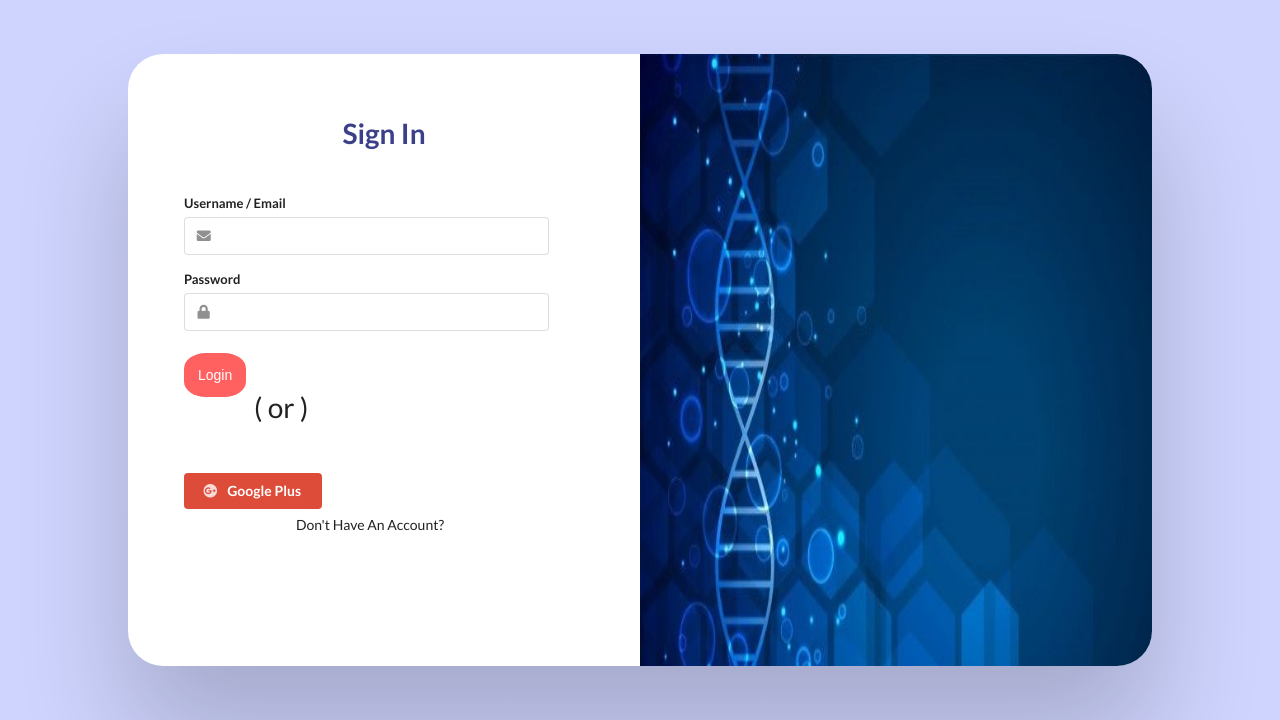
Repository: ajayaj2001/healthcare-digitization
Page: /
These files come from the project's save history. The page is drawn as it stood at one moment and after the next save; the edit follows.
The browser window is 1280 px wide. The pictures show the whole page.
The project was rebuilt for these pictures with package versions that can differ from the ones it lists, and the page was loaded fresh each time. Also part of the build but not shown: src/component/userType/UserType.scss, src/component/userType/UserType.js.

Above is the page before, as saved 2021-03-12 21:27:48.

### public/index.html
<!DOCTYPE html>
<html lang="en">

<head>
  <meta charset="utf-8" />
  <meta name="viewport" content="width=device-width, initial-scale=1" />
  <meta name="theme-color" content="#000000" />
  <meta name="description" content="Web site created using create-react-app" />
  <link rel="stylesheet" href="https://fonts.googleapis.com/css?family=Roboto:300,400,500,700&display=swap" />
  <link rel="stylesheet" href="https://fonts.googleapis.com/icon?family=Material+Icons" />

  <!--
      manifest.json provides metadata used when your web app is installed on a
      user's mobile device or desktop. See https://developers.google.com/web/fundamentals/web-app-manifest/
    -->
  <!-- <link rel="manifest" href="%PUBLIC_URL%/manifest.json" /> -->
  <!--
      Notice the use of %PUBLIC_URL% in the tags above.
      It will be replaced with the URL of the `public` folder during the build.
      Only files inside the `public` folder can be referenced from the HTML.

      Unlike "/favicon.ico" or "favicon.ico", "%PUBLIC_URL%/favicon.ico" will
      work correctly both with client-side routing and a non-root public URL.
      Learn how to configure a non-root public URL by running `npm run build`.
    -->
  <title>medical</title>
</head>

<body>
  <noscript>You need to enable JavaScript to run this app.</noscript>
  <div id="root"></div>
  <!--
      This HTML file is a template.
      If you open it directly in the browser, you will see an empty page.

      You can add webfonts, meta tags, or analytics to this file.
      The build step will place the bundled scripts into the <body> tag.

      To begin the development, run `npm start` or `yarn start`.
      To create a production bundle, use `npm run build` or `yarn build`.
    -->
</body>

</html>

### src/index.js
import React from 'react';
import ReactDOM from 'react-dom';
import './index.scss';
import App from './component/app/App';
import 'semantic-ui-css/semantic.min.css'


ReactDOM.render(
  <React.StrictMode>
    <App />
  </React.StrictMode>,
  document.getElementById('root')
);

### src/index.scss
code {
  font-family: source-code-pro, Menlo, Monaco, Consolas, "Courier New", monospace;
}
@mixin respond($breakpoint) {
  @if $breakpoint == phone {
    @media (max-width: 37.5em) {
      @content;
    }
  }

  @if $breakpoint == tab-land {
    @media (max-width: 75em) {
      @content;
    }
  }
  @if $breakpoint == tab-port {
    @media (max-width: 56.25em) {
      @content;
    }
  }
  @if $breakpoint == big-desktop {
    @media (min-width: 112.5em) {
      @content;
    }
  }
}

*,
*::after,
*::before {
  margin: 0;
  padding: 0;
  box-sizing: inherit;
}
body {
  font-family: "Lato", sans-serif;
  font-weight: 400;
  font-size: 16px;
  line-height: 1.7;
  color: #777;
  //padding: 30px;
  box-sizing: border-box;
  @include respond(tab-port) {
    padding: 0;
  }
}

html {
  font-size: 62.5%; //1rem=10px 10px/16px=62.5%
  @include respond(tab-land) {
    //width <1200
    font-size: 56.25%; //1rem=9px
  }
  @include respond(tab-port) {
    //<width <900
    font-size: 50%; //1rem=8px
  }
  // @include respond(phone) {
  //     //<width<600
  //     font-size: 40%; //1rem=4.8px
  // }
  @include respond(big-desktop) {
    //>1200
    font-size: 75%; //1rem=12
  }
}

### src/component/app/App.js
import './App.scss';

import UserType from "../userType/UserType";
import Login from '../login/Login';

function App() {
  return (
    <div className="App">
      {/* <UserType /> */}
      <Login/>
    </div>
  );
}

export default App;

### src/component/login/Login.js
import React from 'react'
import sideGif from '../../img/img-1.jpg'
import './Login.scss'
import LoginForm from './loginForm/LoginForm'


const Login = () => {
    return (
        <div className="loginContainer">
            <div className="login">
                <div className="login__signin">
                    <h2 className="login__signin--heading">Sign In</h2>
                    <div className="login__signin--form"><LoginForm /></div>
                </div>

                <img src={sideGif} alt="rocket" className="login__image" />
            </div>
        </div>
    )
}

export default Login

### src/component/login/Login.scss
.loginContainer {
    margin: 0;
    background-color: #cfd4fe;
    height: 100vh;
    display: flex;
    justify-content: center;
    align-items: center;
}
.login {
    background-color: white;
    width: 80%;
    height: 85%;
    display: grid;
    grid-template-columns: 50% 50%;
    border-radius: 2.5rem;
    align-items: center;
    overflow: hidden;
    box-shadow: 0 5rem 8rem rgba(black, 0.2);
    &__image {
        width: 100%;
        height: 100%;
    }
    &__signin {
        display: flex;
        flex-direction: column;
        margin-bottom: 5rem;
        &--form {
            height: 70%;
        }
        &--heading {
            font-size: 2rem;
            color: #3b4089;
            align-self: center;
        }
    }
}


.ui.error.message{
    width: 90% !important;
    height: 5rem !important;
}

### src/component/login/loginForm/LoginForm.js
import React, { useState } from 'react'
import { Form, Message,Button,Icon } from 'semantic-ui-react'
import './LoginForm.scss'
//import { Link } from 'react-router-dom';
//import firebase from '../../../../firebase';


const LoginForm = () => {

    const [errors, seterrors] = useState("")
    const [email, setEmail] = useState("");
    const [password, setPassword] = useState("");
    const [loading, setLoading] = useState(false);




    const formSubmit = (event) => {
        event.preventDefault();
        if (email && password) {
            setLoading(true);
            // firebase
            //     .auth()
            //     .signInWithEmailAndPassword(email, password)
            //     .then(() => {
            //         setLoading(false);
            //         seterrors("")
            //     })
            //     .catch((err) => {
            //         console.log(err);
            //         seterrors(err.message)
            //         setLoading(false);
            //     })
        }
        else {
            seterrors("Fill  the data")
        }
    }



    return (
        <div className="loginForm">
            {
                errors ? <Message error style={{ width: '40rem', height: '5rem' }} ><h2>{errors}</h2></Message> : ""

            }
            <Form onSubmit={formSubmit}>
                <Form.Input
                    fluid
                    name="email"
                    icon="mail"
                    iconPosition="left"
                    label="Username / Email"
                    type="Email"
                    onChange={(event) => setEmail(event.target.value)} value={email}
                    className={errors.toLowerCase().includes('email') ? 'error loginForm__input' : 'loginForm__input'}
                />
                <Form.Input
                    fluid
                    name="password"
                    icon="lock"
                    iconPosition="left"
                    label="Password"
                    type="password"
                    onChange={(event) => setPassword(event.target.value)} value={password}
                    className={errors.toLowerCase().includes('password') ? 'error loginForm__input' : 'loginForm__input'}
                />
                <button disabled={loading} className={loading ? 'loading loginForm__button' : " loginForm__button"} type='submit'>Login </button>
            </Form>
            <div className="loginForm__text">( or )</div>
            <Button color='google plus' className="login_form-gbutton">
      <Icon name='google plus' /> Google Plus
    </Button>
            <div className="loginForm__link">Don't Have An Account? {/*<Link to="/register" >  Register</Link>*/}</div>

        </div>
    )
}

export default LoginForm

### src/component/login/loginForm/LoginForm.scss
.loginForm {
    margin-top: 2rem;
    padding-left: 4rem;
    &__input {
        width: 80%;
        border-radius: 30%;
    }
    &__text{
        font-size: 2rem;
        padding: 0rem 3rem 4rem 5rem;
    }
    &__button {
        background-color: #ff6161;
        border: none;
        padding: 1rem;
        border-radius: 35%;
        color: white;
        margin-top: 0.6rem;
    }
    &__button:focus {
        outline: none;
        background-color: #ffbcbc;
    }
    &__link {
        padding-top: 0.4rem;
        padding-left: 8rem;
    }
    &__input2 {
        width: 80%;
    }
}

Loaded but not shown: src/component/app/App.scss (no stored copy; drawn as an empty file)

After the next save:
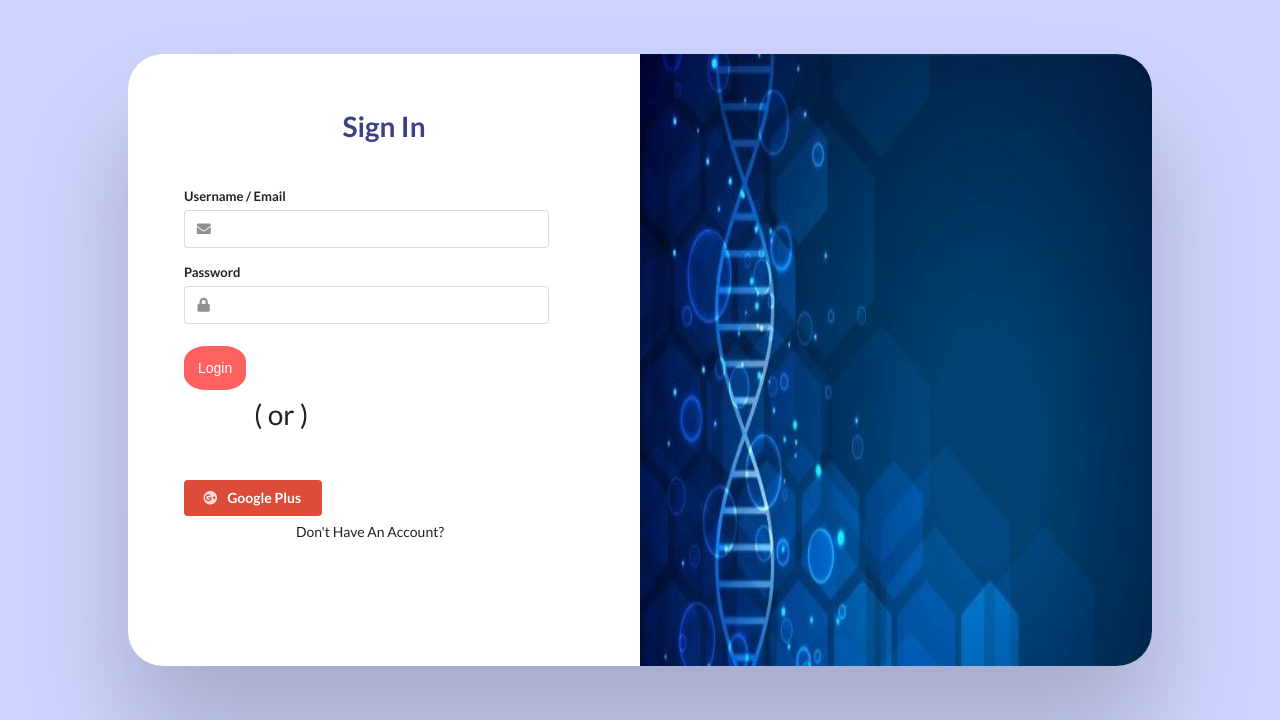
Saved 8 s later.
--- a/src/component/login/loginForm/LoginForm.scss
+++ b/src/component/login/loginForm/LoginForm.scss
@@ -7,7 +7,7 @@
     }
     &__text{
         font-size: 2rem;
-        padding: 0rem 3rem 4rem 5rem;
+        padding: 1rem 3rem 4rem 5rem;
     }
     &__button {
         background-color: #ff6161;
